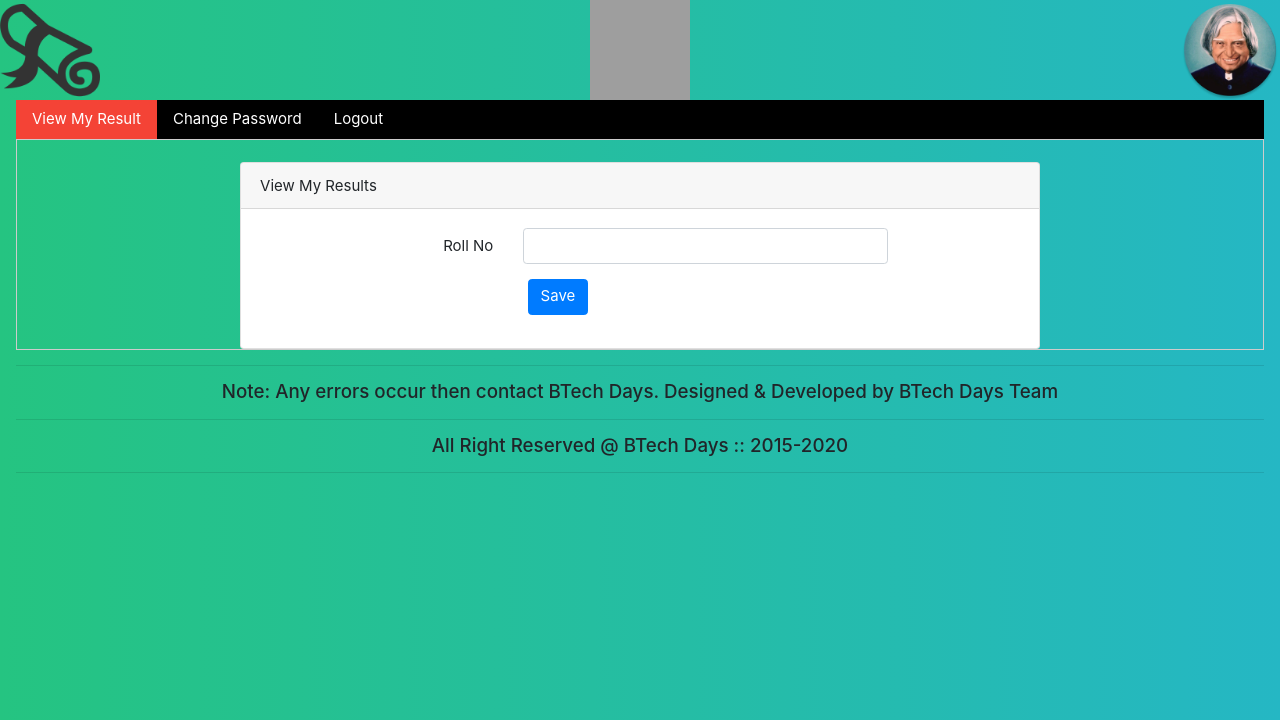
Repository: AlkaDas991/Dbms
Page: http://localhost/Student_Record_Management/studentHome.jsp
An editor plug-in stored every save of this project. The page is shown before and after the next save, followed by the edit.
The browser window is 1280 px wide. The pictures show the whole page.
Pictures or frames that could not be fetched are drawn as grey boxes. Some web fonts or font styles are not loaded; a fallback is used. Some web libraries are served in a nearby version. The page is served by Tomcat 9.

Above is the page before, as saved 2021-03-12 18:50:24.
Console error: TypeError: Cannot read properties of undefined (reading 'fn')

After the next save:
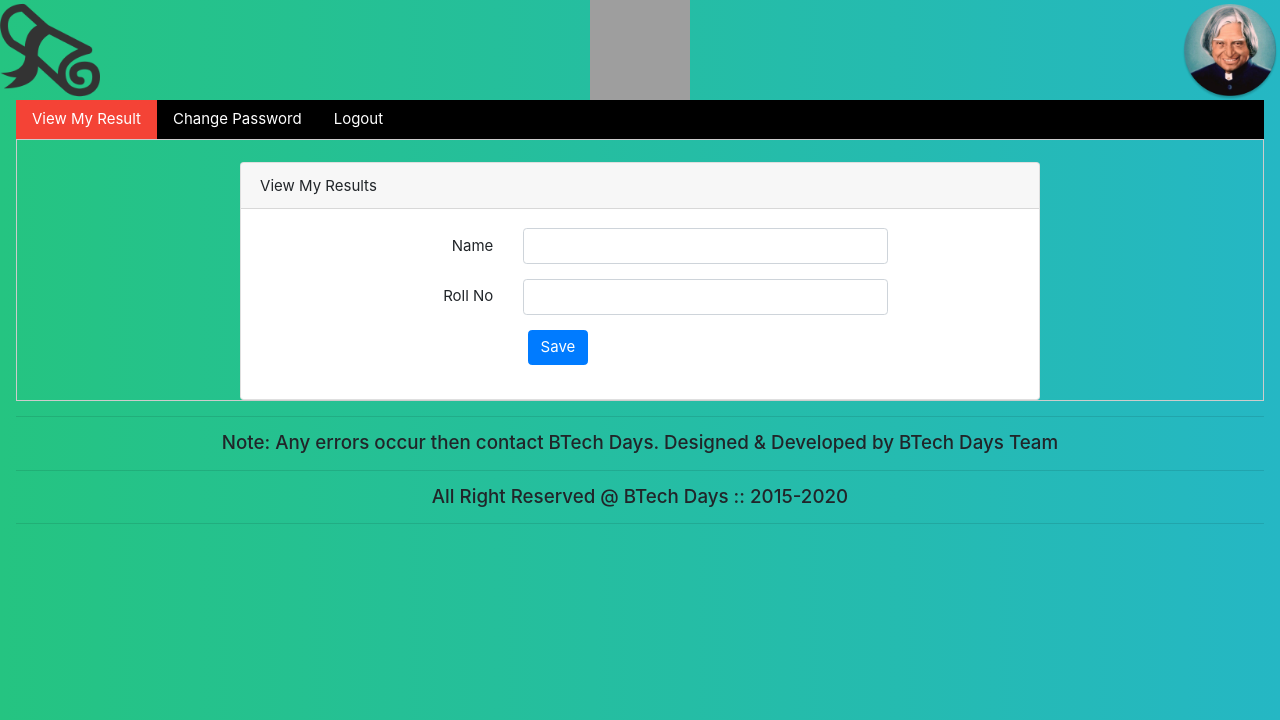
Saved 74 s later.
--- a/Student Record Management/WebContent/studentHome.jsp
+++ b/Student Record Management/WebContent/studentHome.jsp
@@ -48,6 +48,12 @@
                         <div class="card-header">View My Results</div>
                         <div class="card-body">
                             <form name="my-form" onsubmit="return validform()" action="eachResult.jsp" method="post">
+                                <div class="form-group row">
+                                    <label for="full_name" class="col-md-4 col-form-label text-md-right">Name</label>
+                                    <div class="col-md-6">
+                                        <input type="text"  class="form-control" name="name">
+                                    </div>
+                                </div>
                                 <div class="form-group row">
                                     <label for="full_name" class="col-md-4 col-form-label text-md-right">Roll No</label>
                                     <div class="col-md-6">
